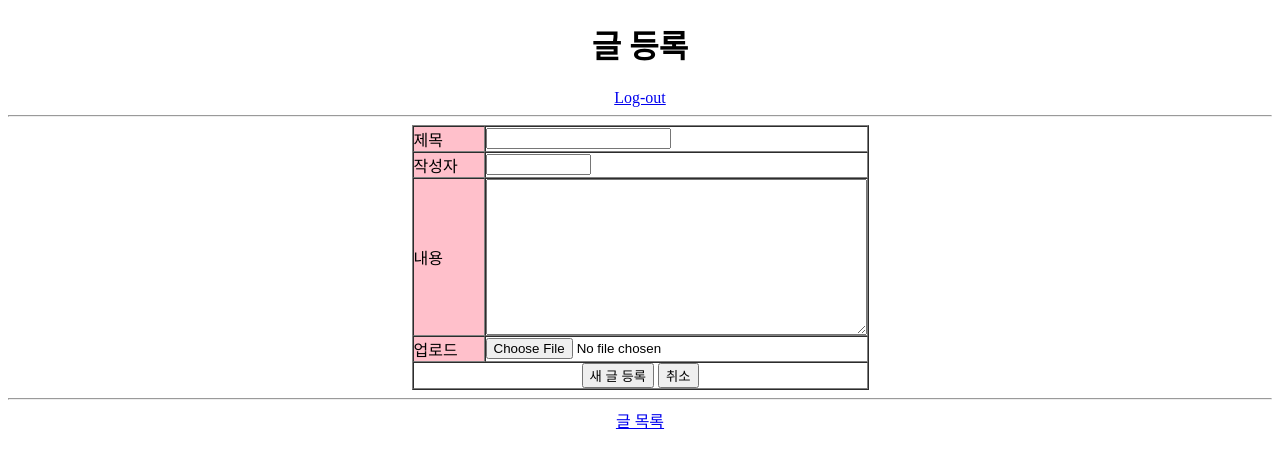
Repository: teeeeeeemo/workspace_spring
Page: http://localhost/BoardWeb/insertBoard.jsp
An editor plug-in stored every save of this project. The page is shown before and after the next save, followed by the edit.
The browser window is 1280 px wide. The pictures show the whole page.
The page is served by Tomcat 9. Nobody is signed in. The application's start-up code is not run. Other server files are loaded and not shown.

Above is the page before, as saved 2017-01-21 05:30:45.

### BoardWeb/src/main/webapp/insertBoard.jsp
<%@ page language="java" contentType="text/html; charset=UTF-8"
    pageEncoding="UTF-8"%>
<!DOCTYPE html PUBLIC "-//W3C//DTD HTML 4.01 Transitional//EN" "http://www.w3.org/TR/html4/loose.dtd">
<html>
<head>
<meta http-equiv="Content-Type" content="text/html; charset=UTF-8">
<title>새글등록</title>
</head>
<body>
<center>
<h1>글 등록</h1>
<a href="logout.do">Log-out</a>
<hr>
<form action="insertBoard.do" method="post" enctype="multipart/form-data">
<table border="1" cellpadding="0" cellspacing="0">
	<tr>
		<td bgcolor="pink" width="70">제목</td>
		<td align="left"><input type="text" name="title"/></td>
	</tr>
	<tr>
		<td bgcolor="pink">작성자</td>
		<td align="left"><input type="text" name="writer" size="10"/></td>
	</tr>
	<tr>
		<td bgcolor="pink">내용</td>
		<td align="left"><textarea name="content" cols="45" rows="10"></textarea></td>
	</tr>
	<tr>
		<td bgcolor="pink" width="70">업로드</td>
		<td align="left"><input type="file" name="uploadFile"/></td>
	</tr>
	<tr>
		<td colspan="2" align="center">
		<input type="submit" value="새 글 등록" />&nbsp;<input type="reset" value="취소"></td>
	</tr>
</table>
</form>
<hr>
<a href="getBoardList.jsp">글 목록</a>
</center>
</body>
</html>

After the next save:
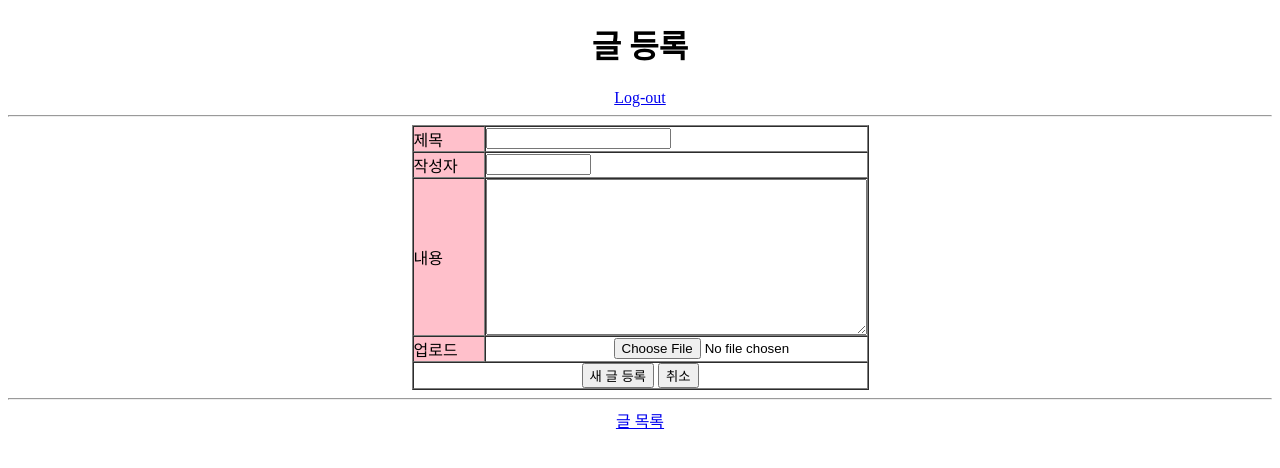
Saved 2 min 17 s later.
--- a/BoardWeb/src/main/webapp/insertBoard.jsp
+++ b/BoardWeb/src/main/webapp/insertBoard.jsp
@@ -27,7 +27,7 @@
 	</tr>
 	<tr>
 		<td bgcolor="pink" width="70">업로드</td>
-		<td align="left"><input type="file" name="uploadFile"/></td>
+		<td align="right"><input type="file" name="uploadFile"/></td>
 	</tr>
 	<tr>
 		<td colspan="2" align="center">
